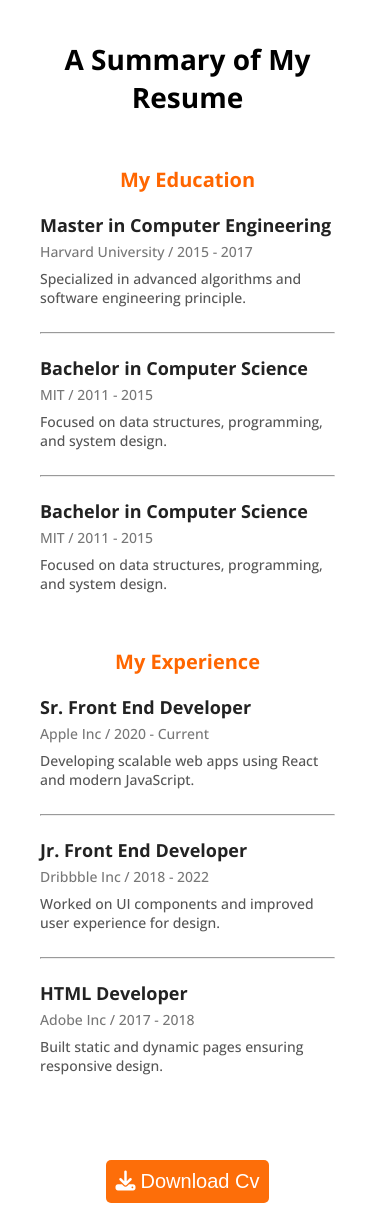
Repository: nahid-hasann/website-1
Page: index.html
An editor plug-in stored every save of this project. The page is shown before and after the next save, followed by the edit.
The browser window is 375 px wide. The pictures show the whole page.

Above is the page before, as saved 2025-07-16 11:27:25.

### index.html
<!DOCTYPE html>
<html lang="en">
<head>
    <meta charset="UTF-8">
    <meta name="viewport" content="width=device-width, initial-scale=1.0">
    <title>Document</title>
    <link rel="preconnect" href="https://fonts.googleapis.com">
<link rel="preconnect" href="https://fonts.gstatic.com" crossorigin>
<link href="https://fonts.googleapis.com/css2?family=Open+Sans:ital,wght@0,300..800;1,300..800&display=swap" rel="stylesheet">
<link rel="stylesheet" href="style.css">
<link rel="stylesheet" href="https://cdnjs.cloudflare.com/ajax/libs/font-awesome/6.7.2/css/all.min.css" integrity="sha512-Evv84Mr4kqVGRNSgIGL/F/aIDqQb7xQ2vcrdIwxfjThSH8CSR7PBEakCr51Ck+w+/U6swU2Im1vVX0SVk9ABhg==" crossorigin="anonymous" referrerpolicy="no-referrer" />
<link rel="shortcut icon" href="images/icons/icons8-portfolio-50.png" type="image/x-icon">
</head>
<body class="open-sans-nahid">

<header class="main-header hide">
    <nav class="header">
          <div>
            <h3 class="nav-title">Ma<span style="color: #fd6e09;">r</span>y</h3>
          </div>
          <div class="menu">
            <ul>
            <li><a href="" class="dark-2" >Portfolio</a></li>
            <li><a  class="dark-2" href="">Blog</a></li>
            <li><button class="hire-me">Hire Me</button></li>
          </ul>
          </div>
    </nav>

    <div class="banner">

      <div class="banner-container">
        <h4 style="font-size: 45px; font-weight: 400;" class="dark-2">Hi, I  am</h4>
        <h1 style="font-size: 85px;">Mary Hardy</h1>
        <br>
        <p class="banner-description dark-2">
          Shot what able cold new see hold.Friendly as an betrayed formerly he. Morning because as to society behaved moments.
        </p>
        <br>
        <br>
        <button class="hire-me" style="margin-right: 20px;"><i class="fa-solid fa-download" style="margin-right: 5px;"></i>Download Cv</button>
        <button class="btn-2"><i class="fa-solid fa-phone" style="margin-right: 5px;"></i>Contact</button>
      </div>
      <img class="banner-img" src="images/hardy.png" alt="">

    </div>

</header>

<main >

  <section class="section hide">
      <h3 class="section-title">About Me</h3>
      <p style="font-size: 18px; color: grey; margin-top: 30px;">I, m a designer & developer with a passion for web design. I enjoy developing simple, clean and slick websites that provide real value to the end user. Thousands of clients have procured exceptional resulfs while working with me. Delivering work within time and budget which meets clients requirements in our mata.</p>

      <div class="about-items">

    <div class="about-item">
      <p class="item-title">Name:</p>
      <p class="item-description">Mary Hardy</p>
    </div>
    <div class="about-item">
      <p class="item-title">Email:</p>
      <p class="item-description">info@gmail.com</p>
    </div>
    <div class="about-item">
      <p class="item-title">Date of birth:</p>
      <p class="item-description">11 November 1987</p>
    </div>
    <div class="about-item">
      <p class="item-title">From:</p>
      <p class="item-description">Los Angeles, USA</p>
    </div>

  </div>

  </section>

  <section class="skiill hide">
            <h3 class="section-title">What I do</h3>
            <p class="section-des">I have more than 10 years experience building software for clients all over the world. Below is a quick overview of my main technical skill sets and technologies i use. Want to find out more about my experience? Check out my online resume and project portfolio.</p>

         <div class="skills-container">

          <div class="skkis-veriation">
            <img src="images/icons/js.png" alt="" class="skiils-img">
            <p class="skills-heading">Vanilla JavaScript</p>
            <p class="skiils-description"> List skill/technologies here. You can change the icon above to any of the 1500+ FontAwesome 5 free icons available. Aenean commodo ligula eget dolor.</p>
          </div>
          <div class="skkis-veriation">
            <img src="images/icons/react.png" alt="" class="skiils-img">
            <p class="skills-heading">React</p>
            <p class="skiils-description">List skill/technologies here. You can change the icon above to any of the 1500+ FontAwesome 5 free icons available. Aenean commodo ligula eget dolor.</p>
          </div>
          <div class="skkis-veriation">
            <img src="images/icons/nodejs.png" alt="" class="skiils-img">
            <p class="skills-heading">Node.js</p>
            <p class="skiils-description">List skill/technologies here. You can change the icon above to any of the 1500+ FontAwesome 5 free icons available. Aenean commodo ligula eget dolor.</p>
          </div>
          <div class="skkis-veriation">
            <img src="images/icons/mongo.png" alt="" class="skiils-img">
            <p class="skills-heading">MongoDB</p>
            <p class="skiils-description">List skill/technologies here. You can change the icon above to any of the 1500+ FontAwesome 5 free icons available. Aenean commodo ligula eget dolor.</p>
          </div>

         </div>

  </section>

  <section class="">

<div class="container-m">
    <h2>A Summary of My Resume</h2>
    <div class="grid">
      <div class="section-m">
        <h3>My Education</h3>
        <div class="item-m">
          <h4>Master in Computer Engineering</h4>
          <span>Harvard University / 2015 - 2017</span>
          <p>Specialized in advanced algorithms and software engineering principle.</p>
        </div>
        <hr>
        <br>
        <div class="item-m">
          <h4>Bachelor in Computer Science</h4>
          <span>MIT / 2011 - 2015</span>
          <p>Focused on data structures, programming, and system design.</p>
        </div>
        <hr>
        <br>
        <div class="item-m">
          <h4>Bachelor in Computer Science</h4>
          <span>MIT / 2011 - 2015</span>
          <p>Focused on data structures, programming, and system design.</p>
        </div>

      </div>
      <div class="section-m">
        <h3>My Experience</h3>
        <div class="item-m">
          <h4>Sr. Front End Developer</h4>
          <span>Apple Inc / 2020 - Current</span>
          <p>Developing scalable web apps using React and modern JavaScript.</p>
        </div>
    <hr>
        <br>
        <div class="item-m">
          <h4>Jr. Front End Developer</h4>
          <span>Dribbble Inc / 2018 - 2022</span>
          <p>Worked on UI components and improved user experience for design.</p>
        </div>
        <hr>
    <br>
        <div class="item-m">
          <h4>HTML Developer</h4>
          <span>Adobe Inc / 2017 - 2018</span>
          <p>Built static and dynamic pages ensuring responsive design.</p>
        </div>
      </div>
    </div>
  </div>

  <button class="hire-me" style="margin: 20px auto; display: block;"><i class="fa-solid fa-download" style="margin-right: 5px;"></i>Download Cv</button>

  </section>

</main>

<!-- .about-items*4>p.item-title+p.item-description  -->


<footer class="hide">

     <div class="main-footer">

     <div class="footer-column">
        <h3 class="section-title">Lets Connect</h3>
        <p style="font-size: 18px; color: grey; margin: 20px 0px;">Please fill out the form on this section to contact with me or call between 9:00 A.M and 8.00 P.M ET, Monday through Friday.</p>
        <img src="images/icons/facebook.png" alt="">
        <img style="margin: 0px 20px;" src="images/icons/twitter.png" alt="">
        <img src="images/icons/insta.png" alt="">
     </div>

     <div class="footer-column">

        <h3 class="section-title" style=" margin-bottom: 30px;">Lets Connect</h3>
        <form class="form" action="">
            <input type="text" name="" placeholder="Your Name" id=""> <br>
            <input type="email" name="" placeholder="Yoour Email" id=""> <br>
            <textarea name="" placeholder="Message" id=""></textarea> <br>
            <button class="hire-me" >Submit</button>
        </form>

     </div>

</div>

</footer>


</body>
</html>

### style.css
* {
  margin: 0;
  padding: 0;
  box-sizing: border-box;
}


.open-sans-nahid {
  font-family: "Open Sans", sans-serif;
  font-optical-sizing: auto;
  font-style: normal;
  font-variation-settings: "wdth" 100;
  font-weight: 500;
}

.main-header{
    background-image: url('images/developer.png'), url('images/header_bg.png') ;
    background-repeat: no-repeat;
    background-position: 60px  28px, bottom right ;
    background-color: #fff8f3;
}



.header{
    display: flex;
    justify-content: space-around;
    gap: 250px;
    align-items: center;
    /* background-color: red; */
    padding: 15px 0px;
}

.nav-title{
    font-weight: 800;
    font-size: 45px;
}

.menu ul{
    display: flex;
    gap: 30px;
    align-items: center;
}

.menu ul li{
    list-style: none;

}

.menu ul li a{
    text-decoration: none;
    font-size: 20px;
}

.hire-me{
    background-color: #fd6e09;
    padding: 10px;
    border-radius: 5px;
    color: white;
    border: none;
    font-size: 20px;
}

.btn-2{
    padding: 10px;
    border-radius: 5px;
    color: #fd6e09;
    border: 1px solid  #fd6e09;
    font-size: 20px;
    background-color: #fff8f3;
}

.dark-2{
    color: #474747;
}

.banner-container{
    width: 585px;
}

.banner-description{
    font-size: 18px;
}

.banner-img{
    width: 584px;
    height: 676px;
}

.banner{
    display: flex;
    align-items: center;
    justify-content: space-around;
    margin: 50px 0px 0px 170px;

}

.section{
    background-color: #fff8f3;
    padding: 150px;
    text-align: center;
    border-radius: 10px;
    margin: 130px 0px;
}

.section-title{
    font-size: 35px;
    font-weight: bold;
    color: #181818;
}

main{
    max-width: 1140px;
     margin: 0px auto;
}

.about-items{
    display: flex;
    justify-content: space-between;
}

.item-title{
    font-size: 18px;
    font-weight: 300;
    color: grey;
    margin-top: 30px;
}

.item-description{
    font-size: 18px ;
    font-weight: 700;
}

.skiill{
    text-align: center;
    margin-bottom: 130px;
}

.skills-container{
    display: flex;
    margin-top: 30px;
    gap: 30px;
    text-align: justify;
}

.skkis-veriation{
    background-color: #FFFFFF;
    box-shadow: 0px 6px 50px 0px rgba(0, 0, 0, 0.06);
padding: 30px;
border-radius: 5px;
margin-top: 20px;
}

.section-des{
    font-size: 18px;
    color: grey;
    margin-top: 30px;
     width: 909px;
     margin: 0px auto;
      margin-top: 30px;
}

.skills-heading{
    margin: 15px 0px;
    font-size: 20px ;
    font-weight: 700px;
}

.skiils-description{
     font-size: 16px;
     color: grey;
}

.resume{
    margin-bottom: 130px;
}

.resume-container{
    display: flex;
    gap: 40px;
    margin-top: 50px;
}

.resume h3{
    margin-bottom: 100px;
}

.resume-column h3{
    font-size: 30px ;
    font-weight: 700;
    margin-bottom: 20px;
}

.resume-column-title{
    font-size: 30px;
    font-weight: 700;
}

.experience{
    padding-right: 50px;
}

.experience-title{
        font-size: 25px;
    font-weight: 700;
    margin-bottom: 5px;
}

.experience-subtitle{
    font-size: 20px;
    font-weight: 600;

    color: rgba(117, 117, 117, 1);
}

.experince-description{
    margin-top: 20px;
    margin-bottom: 20px;
    font-size: 16px;
    color: rgba(117, 117, 117, 1);
}


.main-footer{
    margin-top: 130px;
    background-color: rgba(255, 248, 243, 1);
    padding: 50px 100px;
    display: flex;
    justify-content: space-around;
    align-items: center;
}

.footer-column{
    max-width: 40%;
}

.form input{
      display: block;
      padding: 12px 20px;
      width: 441px;
      font-size: 16px;
      border: none;
      border-radius: 5px;
}

.form textarea{
     width: 441px;
     font-size: 16px;
     border: none;
      border-radius: 5px;
      display: block;
      padding: 15px 20px;
      height: 180px;
}


.container-m{
  margin: auto;
  background: #fff;
  padding: 40px;
}

h2 {
  text-align: center;
  margin-bottom: 40px;
  font-size: 28px;
  margin-bottom: 50px;
}

.grid {
  display: grid;
  grid-template-columns: 1fr 1fr;
  gap: 30px;
}

.section-m h3 {
  margin-bottom: 20px;
  color: #ff6600;
  font-size: 20px;
}

.item-m {
  margin-bottom: 25px;
}

.item-m h4 {
  margin: 0 0 5px;
  font-size: 18px;
  color: #222;
}

.item-m span {
  display: block;
  color: #777;
  font-size: 14px;
  margin-bottom: 8px;
}

.item-m p {
  margin: 0;
  font-size: 14px;
  color: #555;
}

.hide{
    display: none;
}

@media screen and (max-width: 575px) {
    .section-title{
        font-size: 30px;
    }

    .section-des{
        font-size: 14px;
        max-width: 400px;
        min-width: 100px;
        padding: 0 10px;
    }

    .skills-container{
        flex-direction: column;
    }

    .skkis-veriation{
        margin: 0 20px;
        display: flex;
        flex-direction: column;
        align-items: center;
        justify-content: center;
        text-align: center;
    }

    .grid{
        grid-template-columns: 1fr;
    }

    .section-m h3{
        text-align: center;
    }

    .item-m{
        flex
    }
}

After the next save:
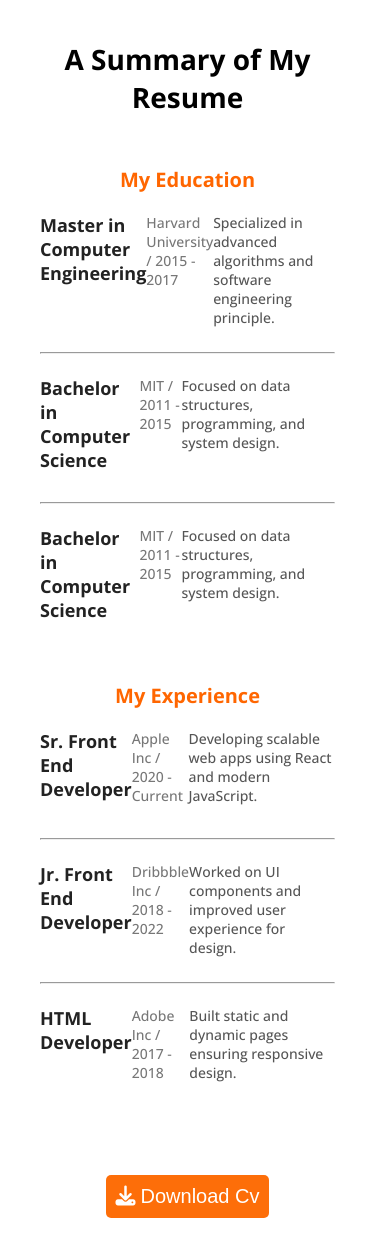
Saved 6 s later.
--- a/style.css
+++ b/style.css
@@ -340,6 +340,7 @@
     }
 
     .item-m{
-        flex
-    }
-}
+        display: flex;
+
+    }
+}

After the 3 saves that followed:
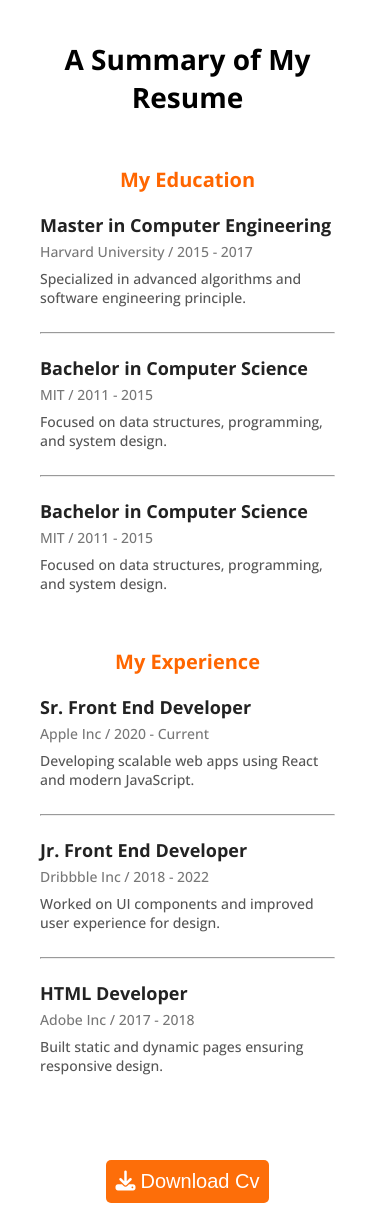
The 3 saves are shown as one change because they came seconds apart.
The last was saved 9 s later.
--- a/style.css
+++ b/style.css
@@ -341,6 +341,6 @@
 
     .item-m{
         display: flex;
-
-    }
-}
+        flex-direction: column;
+    }
+}
